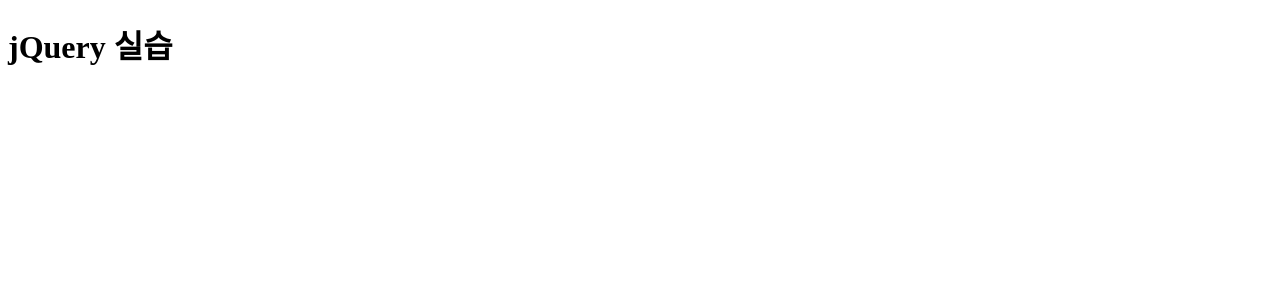
Repository: RYE415/4.jsp
Page: JQueryTest/src/main/webapp/5.ajax/02.$.post().html
An editor plug-in stored every save of this project. The page is shown before and after the next save, followed by the edit.
The browser window is 1280 px wide. The pictures show the whole page.

Above is the page before, as saved 2022-08-04 02:45:26.

### JQueryTest/src/main/webapp/5.ajax/02.$.post().html
<!DOCTYPE html>
<html>
<head>
<meta charset="UTF-8">
<script type="text/javascript" src="http://code.jquery.com/jquery-3.3.1.min.js">
</script>
<title></title>

<script>
  $(function(){
  })
</script>
</head>
<body>
	<h1>jQuery 실습</h1>

</body>
</html>

After the next save:
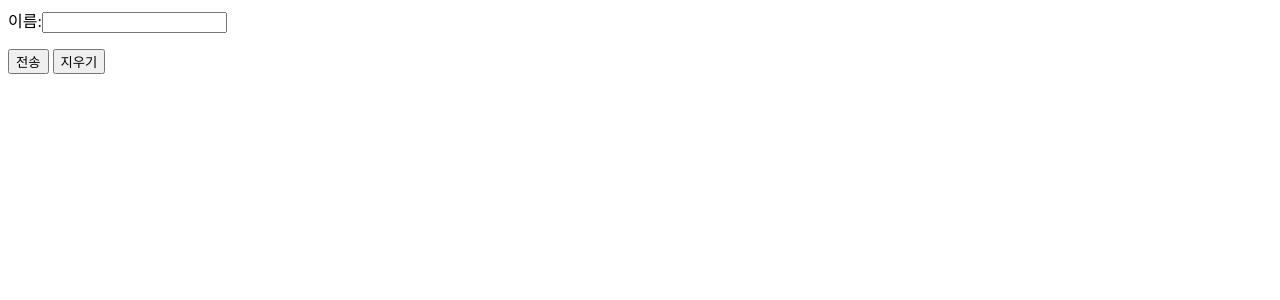
Saved 100 s later.
--- a/JQueryTest/src/main/webapp/5.ajax/02.$.post().html
+++ b/JQueryTest/src/main/webapp/5.ajax/02.$.post().html
@@ -8,11 +8,21 @@
 
 <script>
   $(function(){
+
+	  $('#saveButton').click(function(){
+
+	  })
+
+	  //지우기
+
   })
 </script>
 </head>
 <body>
-	<h1>jQuery 실습</h1>
+	이름:<input type="text" id="name"><br><p>
+	<button id="saveButton">전송</button>
+	<button id="clearButton">지우기</button>
+	<div id="resultDIV"></div>
 
 </body>
 </html>
